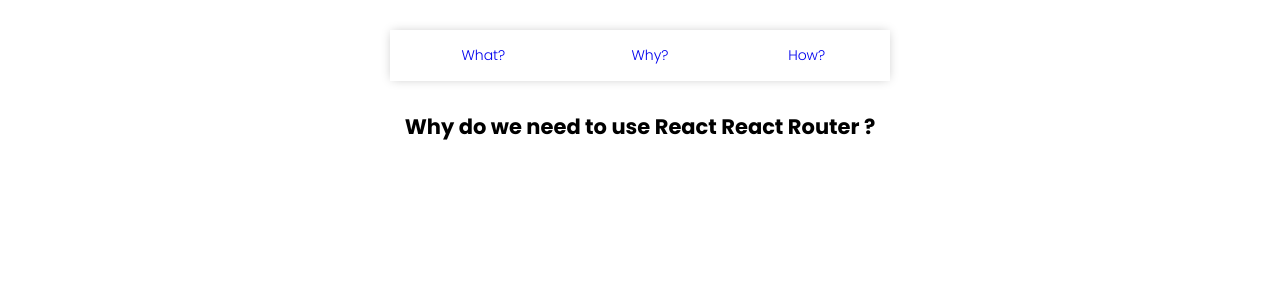
Repository: nguy3nds/2021-18-9-react
Page: /users
These files come from the project's save history. The page is drawn as it stood at one moment and after the next save; the edit follows.
The browser window is 1280 px wide. The pictures show the whole page.
The project was rebuilt for these pictures with package versions that can differ from the ones it lists, and the page was loaded fresh each time. Also part of the build but not shown: src/components/What.js, src/components/How.js.

Above is the page before, as saved 2021-09-18 23:59:28.

### src/App.js
import React from "react";
import { BrowserRouter as Router, Switch, Route, Link } from "react-router-dom";
import "./App.css";
import What from "./components/What.js";
import How from "./components/How";
import Why from "./components/Why";

export default function App() {
  return (
    <Router>
      <div>
        <nav>
          <ul className="menu">
            <li class="menu-item has-child">
              <Link to="/">What?</Link>
            </li>
            <li className="menu-item has-child">
              <Link to="/about">Why?</Link>
            </li>
            <li className="menu-item has-child">
              <Link to="/users">How?</Link>
            </li>
          </ul>
        </nav>

        {/* A <Switch> looks through its children <Route>s and
            renders the first one that matches the current URL. */}
        <Switch>
          <Route path="/about">
            <How />
          </Route>
          <Route path="/users">
            <Why />
          </Route>
          <Route path="/">
            <What />
          </Route>
        </Switch>
      </div>
    </Router>
  );
}

### src/App.css
@import url("https://fonts.googleapis.com/css2?family=Poppins:wght@300;400;600;700&display=swap");
:root {
  --primary: #08aeea;
  --secondary: #13d2b8;
  --purple: #bd93f9;
  --pink: #ff6bcb;
  --blue: #8be9fd;
  --gray: #333;
  --font: "Poppins", sans-serif;
  --gradient: linear-gradient(40deg, #ff6ec4, #7873f5);
  --shadow: 0 0 15px 0 rgba(0, 0, 0, 0.05);
}
*,
*:before,
*:after {
  box-sizing: border-box;
}
html {
  font-size: 62.5%;
  text-align: center;
}

body {
  font-family: var(--font);
  font-size: 1.4rem;
  overflow-x: hidden;
  font-weight: 300;
}

img {
  display: block;
  max-width: 100%;
}

a {
  text-decoration: none;
}

input,
button,
textarea,
select {
  font-family: var(--font);
  font-size: 1.4rem;
  font-weight: 300;
  outline: none;
  border: 0;
  margin: 0;
  padding: 0;
  border-radius: 0;
  -webkit-appearance: none;
}

button {
  cursor: pointer;
}

.menu {
  position: relative;
  max-width: 500px;
  margin: 30px auto;
  display: grid;
  grid-template-columns: 1fr 1fr 1fr;
  justify-content: center;
  background-color: white;
  padding: 1.5rem;
  box-shadow: 0 0 10px -2px rgba(0, 0, 0, 0.25);
}

.menu-link {
  font-size: 1.4rem;
  color: #918eae;
  display: block;
}
.menu-link:hover {
  color: #202842;
}

.menu-child-link {
  display: flex;
  align-items: center;
  justify-content: space-between;
  padding: 1.5rem;
  color: #918eae;
}
.menu-child-item {
  position: relative;
}
.menu-child-link:hover {
  color: #202842;
}

.menu-toggle {
  display: none;
}
.nav {
  position: relative;
}
.arrow-right {
  display: none;
}
@media screen and (min-width: 1024px) {
  .arrow-down {
    display: none;
  }
  .arrow-right {
    display: block;
  }
  .menu-item:not(:first-child) {
    margin-left: 2rem;
  }
  .menu-child {
    position: absolute;
    top: 100%;
    left: 0;
    margin-top: 1rem;
    min-width: 20rem;
    background-color: white;
    box-shadow: var(--shadow);
    display: none;
  }
  .menu-child:before {
    content: "";
    position: absolute;
    top: 0;
    left: 0;
    width: 100%;
    height: 1rem;
    background-color: transparent;
    transform: translateY(-100%);
  }
  .menu-child1 {
    top: 0;
    left: 100%;
    margin-top: 0;
  }
  .menu-item.has-child:hover > .menu-child {
    display: block;
  }
  .menu-child-item.has-child:hover > .menu-child {
    display: block;
  }
}

ul li {
  list-style: none;
}
@media screen and (max-width: 1023px) {
  .menu {
    position: absolute;
    right: 0;
    top: 100%;
    min-width: 20rem;
    background-color: white;
    box-shadow: var(--shadow);
    flex-direction: column;
    display: none;
    z-index: 100;
  }
  .menu.show,
  .menu-child.show {
    display: block;
  }
  .menu-item:not(:last-child) {
    border-bottom: 1px solid #eee;
  }
  .menu-link {
    padding: 1.5rem;
    display: flex;
    justify-content: space-between;
    align-items: center;
  }
  .menu-child {
    display: none;
    background-color: #f6f6f6;
  }
  .menu-child1 {
    background-color: #eee;
  }
  .menu-toggle {
    width: max-content;
    font-size: 2rem;
    display: block;
    margin-left: auto;
    cursor: pointer;
  }
}

### src/components/Why.js
export default function Why() {
  return <h2>Why do we need to use React React Router ?</h2>;
}

Loaded but not shown: public/index.html (common file); src/index.js (common file); src/index.css (common file); src/reportWebVitals.js (common file)

After the next save:
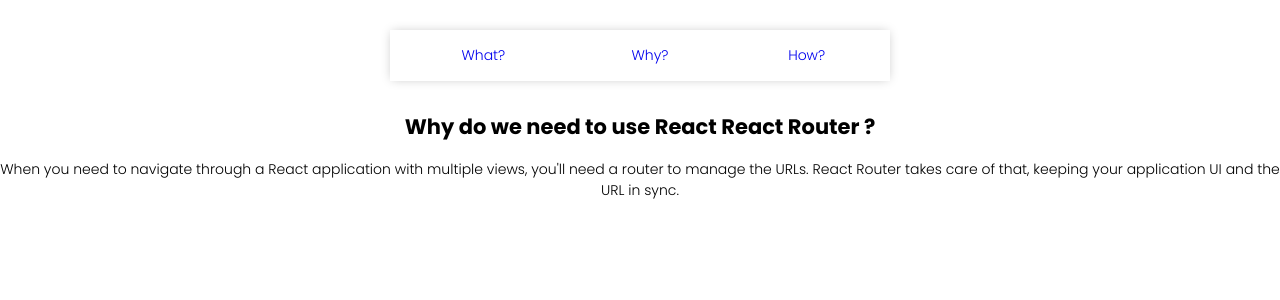
Saved 54 s later.
--- a/src/components/Why.js
+++ b/src/components/Why.js
@@ -1,3 +1,12 @@
 export default function Why() {
-  return <h2>Why do we need to use React React Router ?</h2>;
+  return (
+    <div>
+      <h2>Why do we need to use React React Router ?</h2>
+      <p>
+        When you need to navigate through a React application with multiple
+        views, you'll need a router to manage the URLs. React Router takes care
+        of that, keeping your application UI and the URL in sync.
+      </p>
+    </div>
+  );
 }
